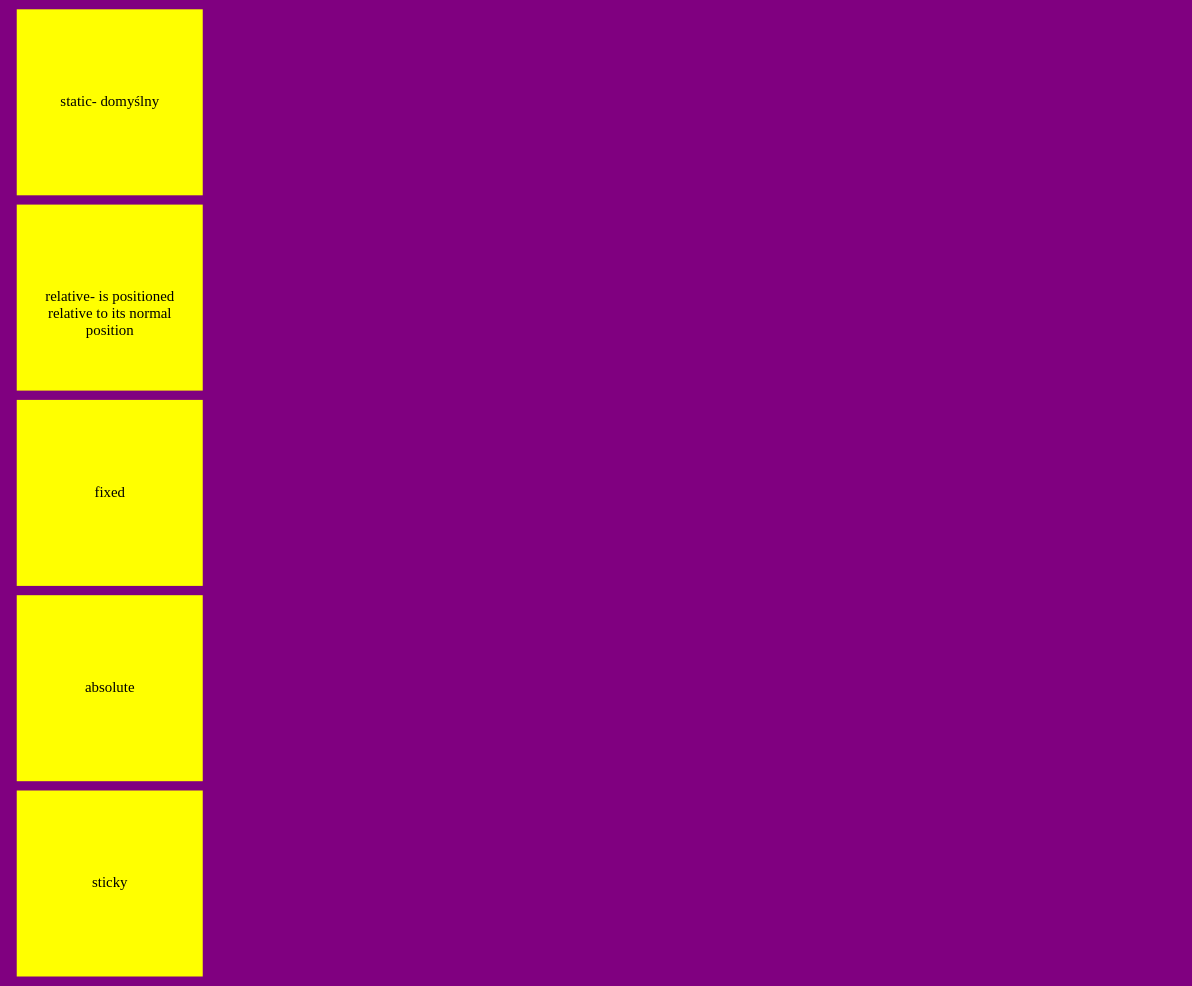
Repository: quenrythane/homepage
Page: CSS positions/CSS-positions.html
The author's editor kept a copy of each file at every save. The page is drawn from the files as they stood at one save, then again after the next save.
The browser window is 1280 px wide. The page is 1280 px wide, then 1282 px, so the pictures cover 1282 px, including what lies to the right of the window. The pictures show the whole page, at 93% of full size.

Above is the page before, as saved 2020-10-11 00:20:22.

After the next save:
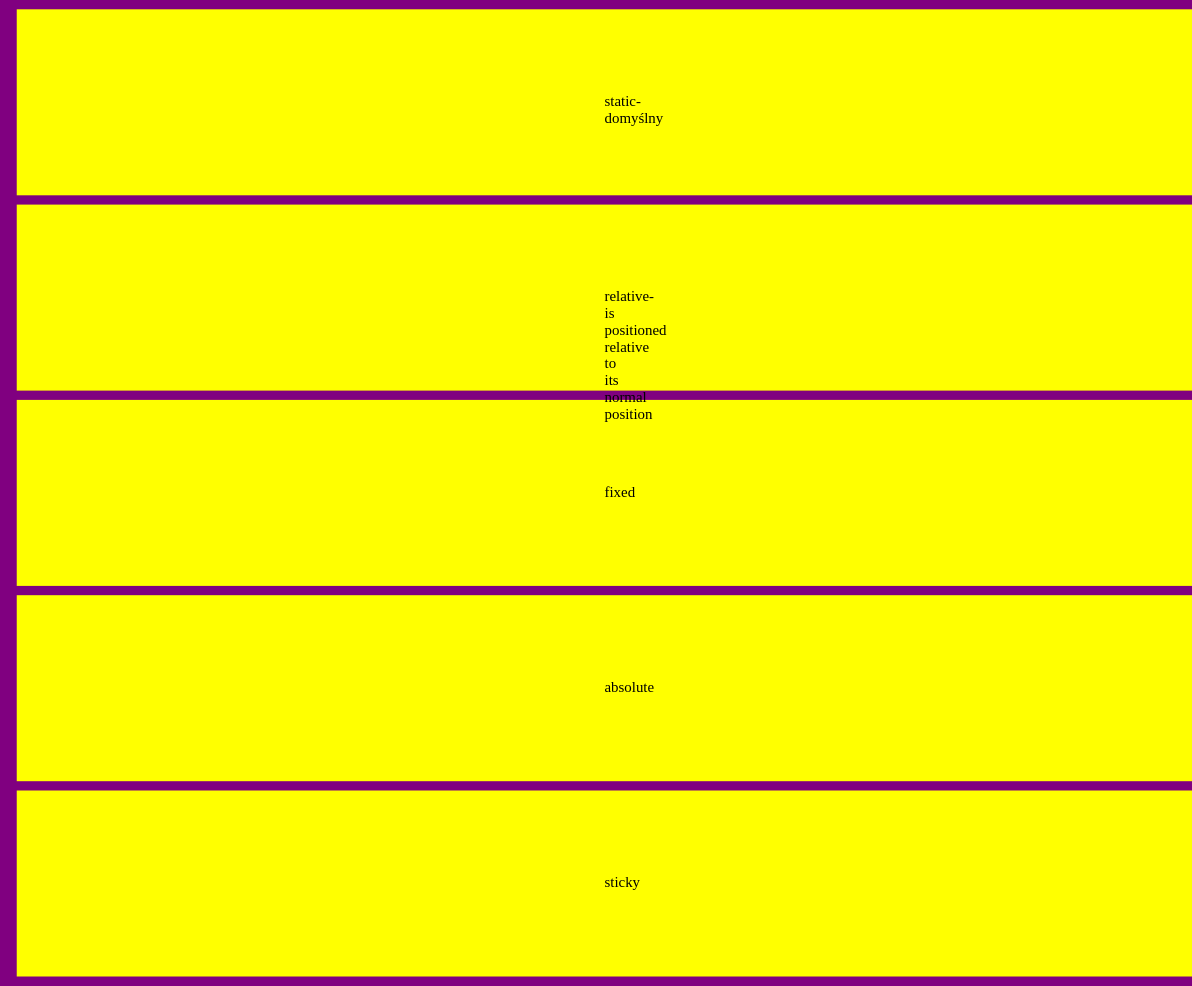
Saved 21 s later.
--- a/CSS positions/CSS-positions.css
+++ b/CSS positions/CSS-positions.css
@@ -9,7 +9,7 @@
     height: 200px ;
     margin: 10px;
     text-align: center;
-    padding: 10px;
+    padding: 10px 50%;
     padding-top: 90px;
 }
 
